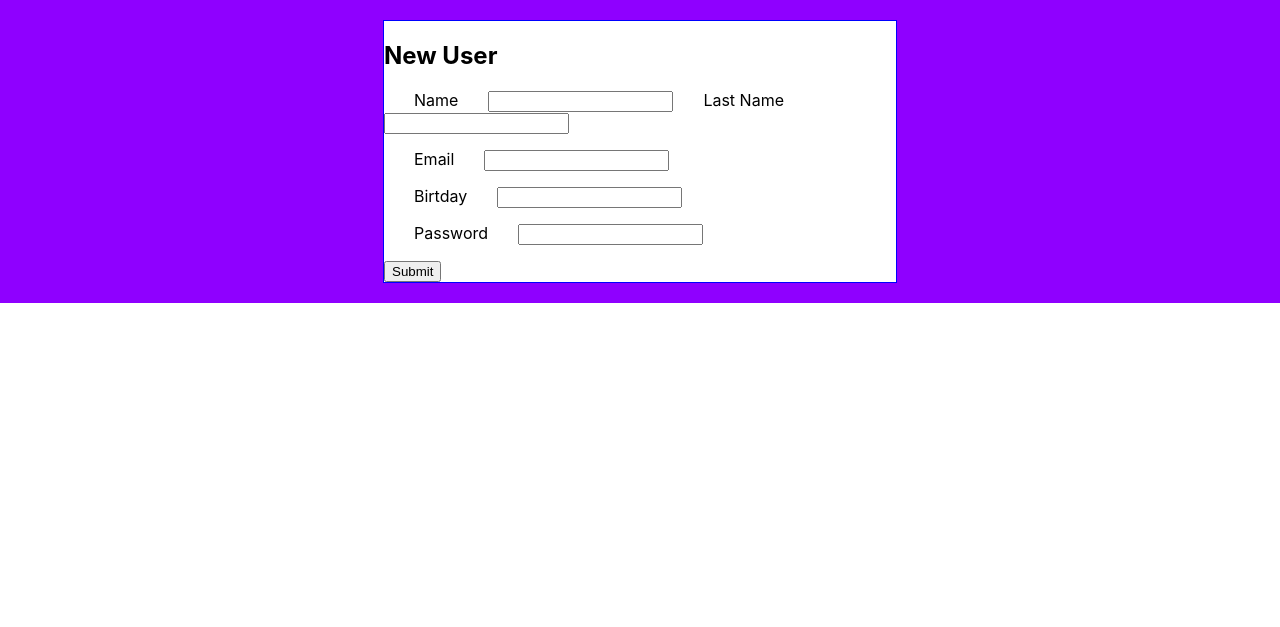
Repository: RobertAries28/CrudUsuarios
Page: /
The author's editor kept a copy of each file at every save. The page is drawn from the files as they stood at one save, then again after the next save.
The browser window is 1280 px wide. The pictures show the whole page.
The page's requests for data from a server got no answer. The project was rebuilt for these pictures with package versions that can differ from the ones it lists, and the page was loaded fresh each time. No one was signed in, and anything a server would have sent is missing.

Above is the page before, as saved 2022-05-23 19:06:27.

After the next save:
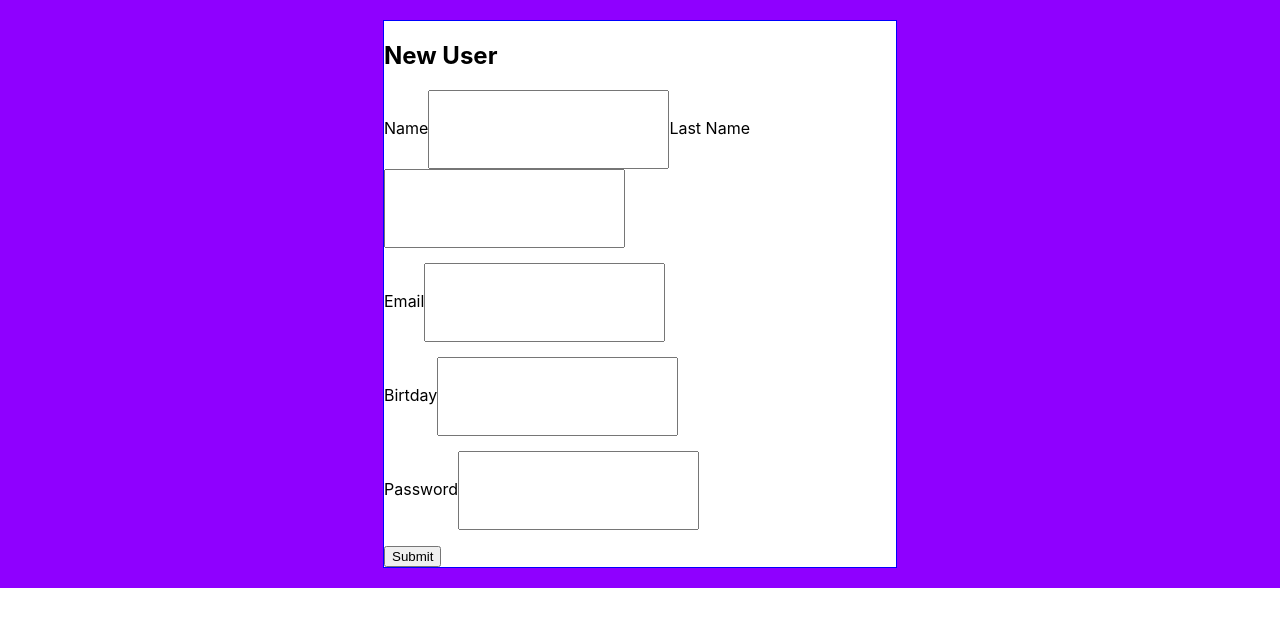
Saved 13 s later.
--- a/src/App.css
+++ b/src/App.css
@@ -36,7 +36,7 @@ ul{
   width: 40%;
 }
 
-label{
+input{
 padding: 30px;
 }
 
